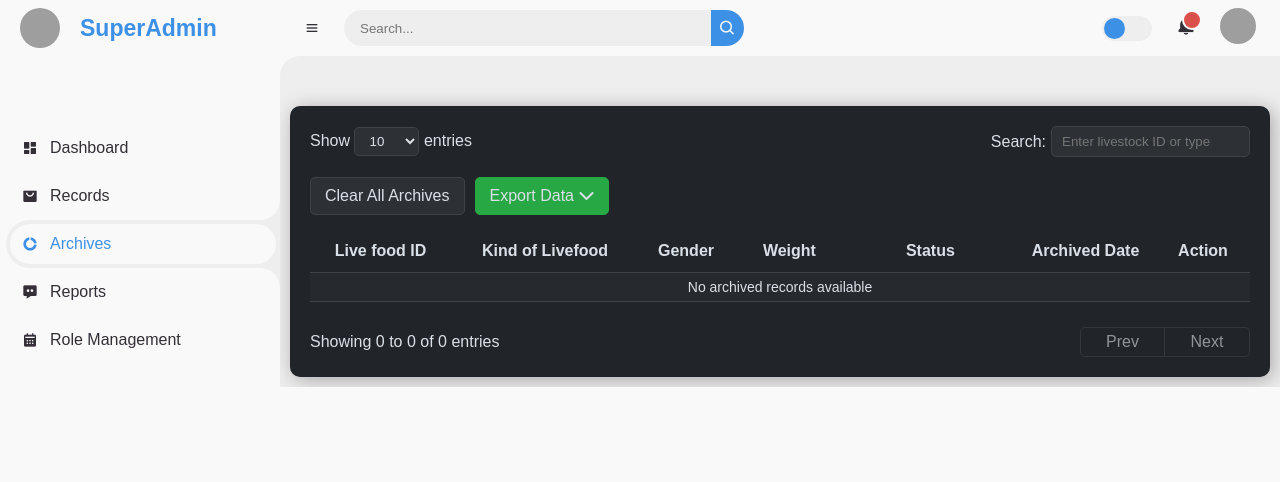
Repository: gaelly-ace/Capstone-System
Page: archive.html
An editor plug-in stored every save of this project. The page is shown before and after the next save, followed by the edit.
The browser window is 1280 px wide. The pictures show the whole page.
Pictures or frames that could not be fetched are drawn as grey boxes.

Above is the page before, as saved 2025-10-14 14:36:42.

After the next save:
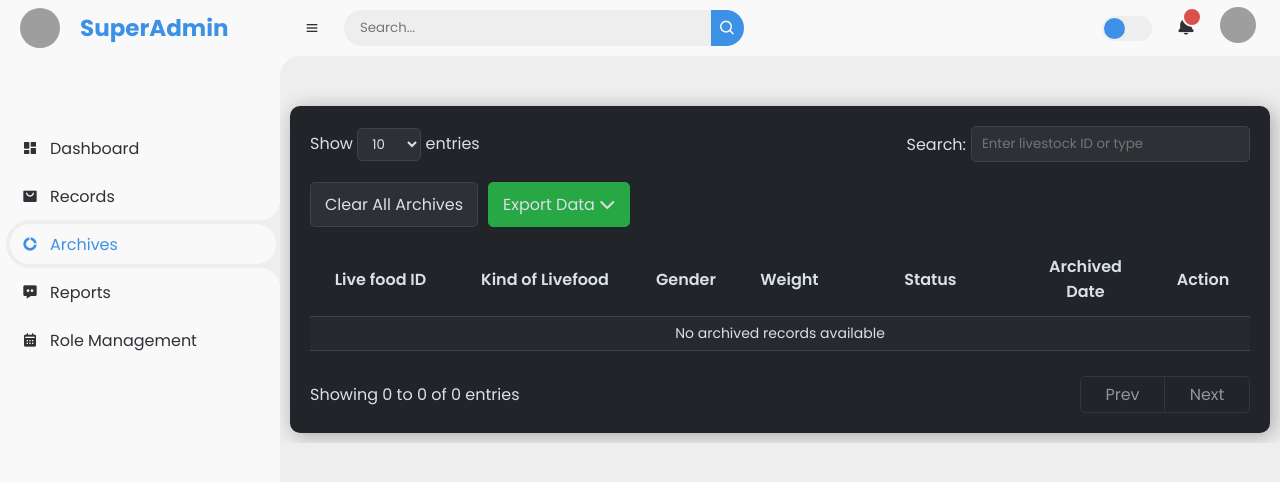
Saved 6 s later.
--- a/archive.css
+++ b/archive.css
@@ -1,28 +1,3 @@
-/* === FLASH FIX (NO UI CHANGES) === */
-html {
-  background-color: #F9F9F9; /* Light mode background */
-  transition: none !important;
-}
-html.dark {
-  background-color: #0C0C1E; /* Dark mode background */
-}
-body {
-  background-color: var(--grey);
-  overflow-x: hidden;
-  transition: none !important;
-}
-* {
-  -webkit-tap-highlight-color: transparent;
-  outline: none;
-  user-select: none;
-}
-body.dark {
-  --light: #0C0C1E;
-  --grey: #060714;
-  --dark: #FBFBFB;
-}
-/* === END FLASH FIX === */
-
 @import url('https://fonts.googleapis.com/css2?family=Lato:wght@400;700&family=Poppins:wght@400;500;600;700&display=swap');
 
 * {
